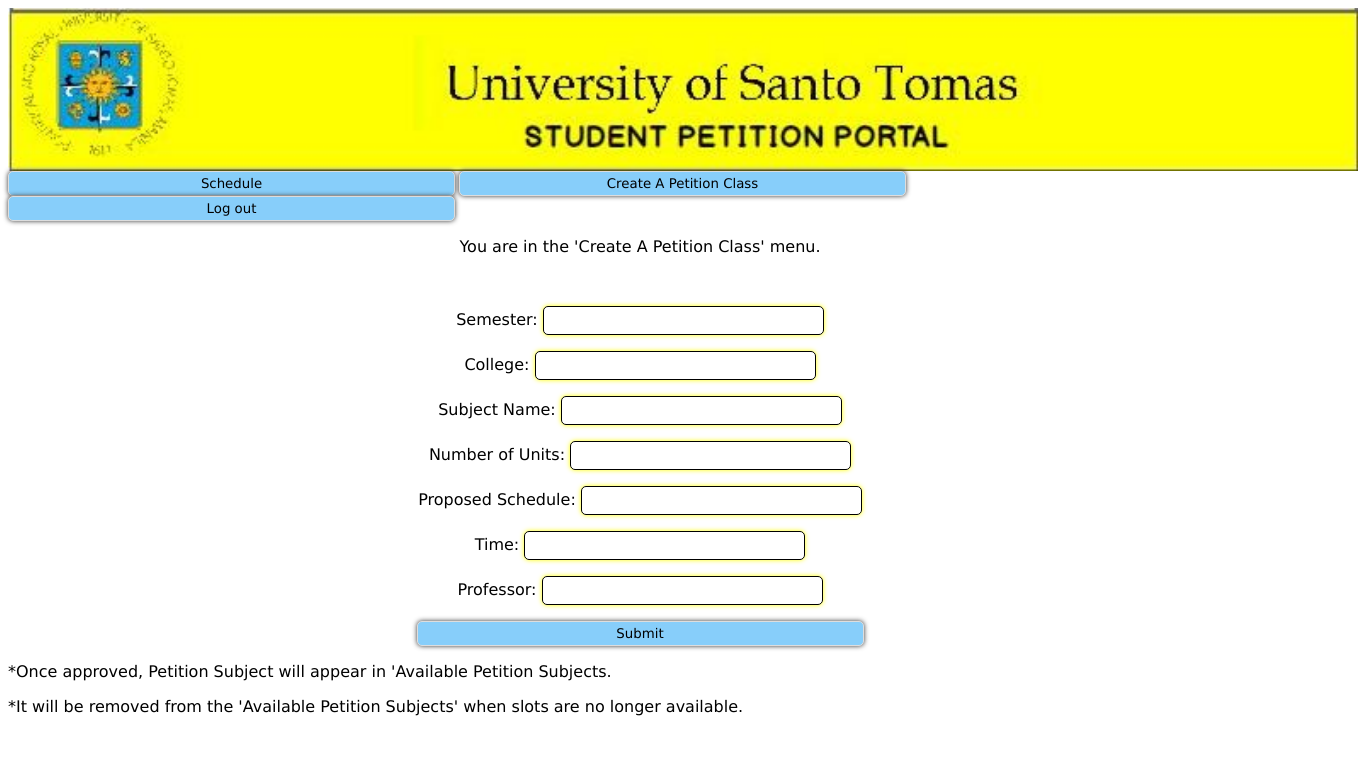
Repository: mawewatistel/PetitioningSystem
Page: http://localhost/SibuloTolentino/create.jsp
The author's editor kept a copy of each file at every save. The page is drawn from the files as they stood at one save, then again after the next save.
The browser window is 1280 px wide. The page is 1358 px wide, then 1333 px, so the pictures cover 1358 px, including what lies to the right of the window. The pictures show the whole page.
The page is served by Tomcat 9.

Above is the page before, as saved 2016-05-10 04:24:01.

After the next save:
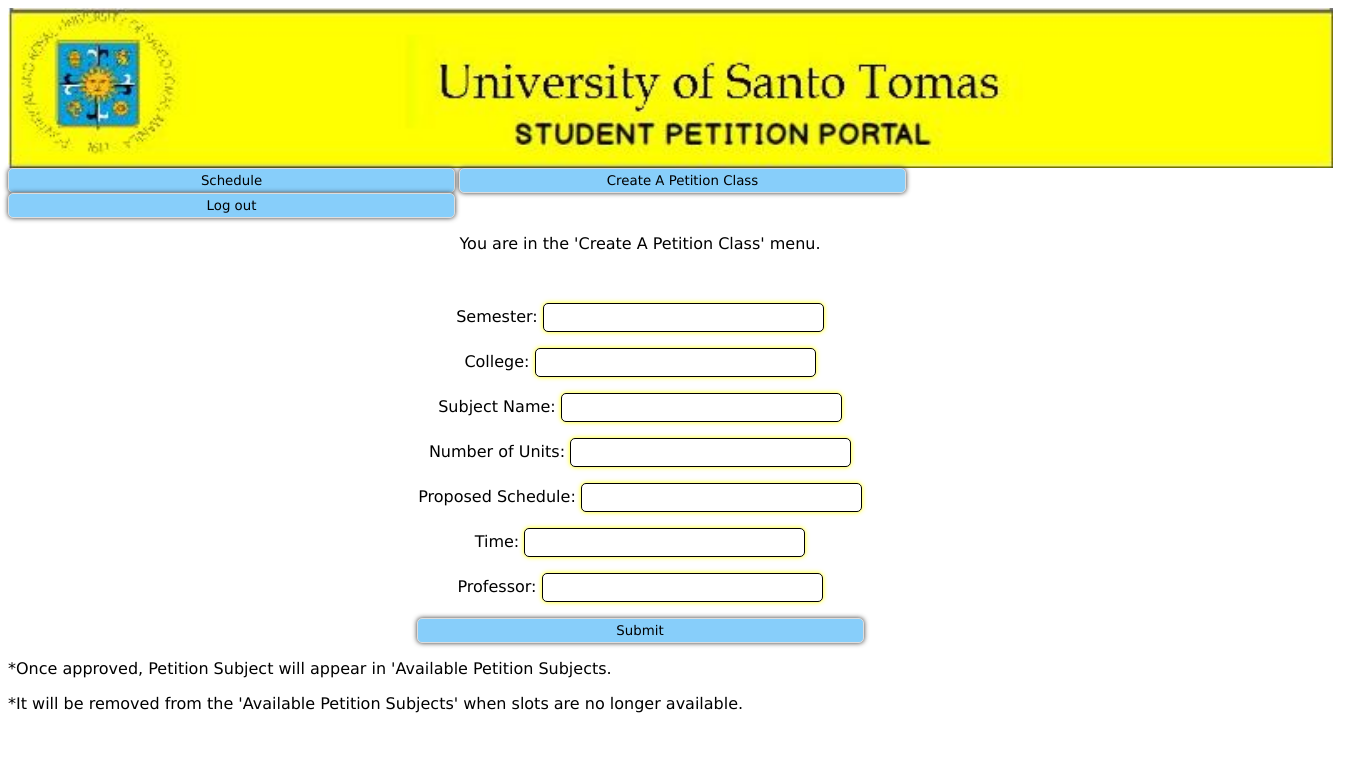
Saved 11 s later.
--- a/SibuloTolentino/WebContent/create.jsp
+++ b/SibuloTolentino/WebContent/create.jsp
@@ -8,7 +8,7 @@
 </head>
 <body>
 <form action ="petitionclasssubmit.jsp" method = "post">
-<img src ="Images/ust.JPG" alt = "Missing Image!=" width = 1350 height= ><br>
+<img src ="Images/ust.JPG" alt = "Missing Image!=" width = 1325 height= ><br>
 <form><input type="submit" name="one" value="Schedule"/>
 	<input type="submit" name="two"
 			value="Create A Petition Class" >
